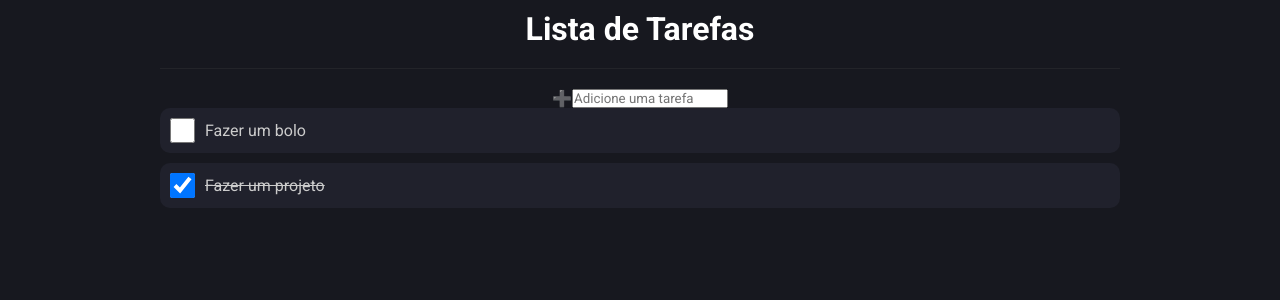
Repository: guilhermecardoso93/todolist-app
Page: /
The author's editor kept a copy of each file at every save. The page is drawn from the files as they stood at one save, then again after the next save.
The browser window is 1280 px wide. The pictures show the whole page.
The project was rebuilt for these pictures with package versions that can differ from the ones it lists, and the page was loaded fresh each time. Also part of the build but not shown: vite.config.ts.

Above is the page before, as saved 2022-11-12 22:39:53.

After the next save:
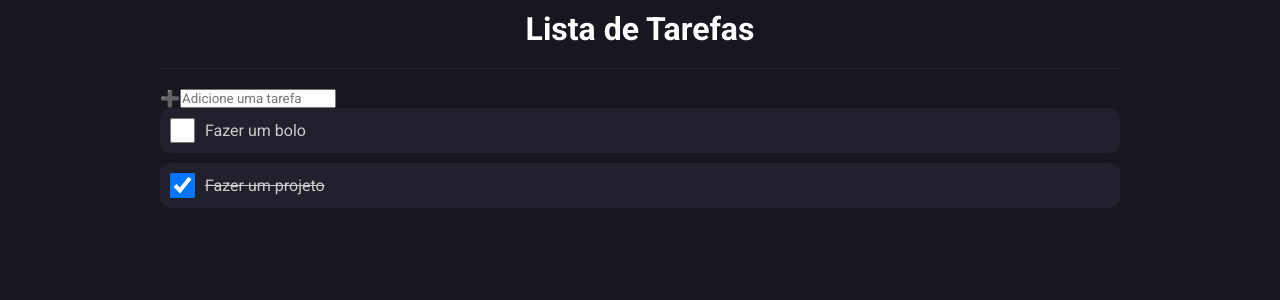
Saved 7 s later.
--- a/src/components/AddTask/AddTask.styles.ts
+++ b/src/components/AddTask/AddTask.styles.ts
@@ -3,7 +3,8 @@ import styled from "styled-components";
 export const Container = styled.div`
   display: flex;
   align-items: center;
-  justify-content: center;
+  justify-content: start;
+
 
 
 `;
